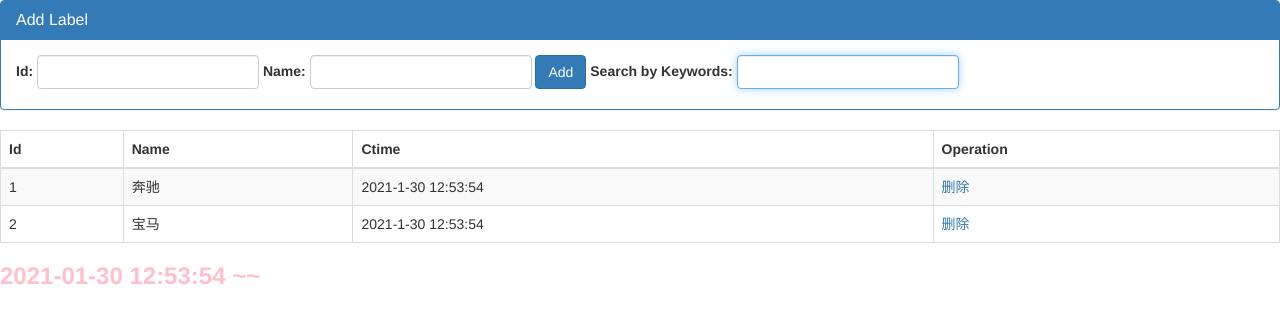
Repository: Devonzhang/FrontEnd
Page: VueStudyDay2/02品牌列表案例2.html
An editor plug-in stored every save of this project. The page is shown before and after the next save, followed by the edit.
The browser window is 1280 px wide. The pictures show the whole page.

Above is the page before, as saved 2021-02-01 13:45:22.

After the next save:
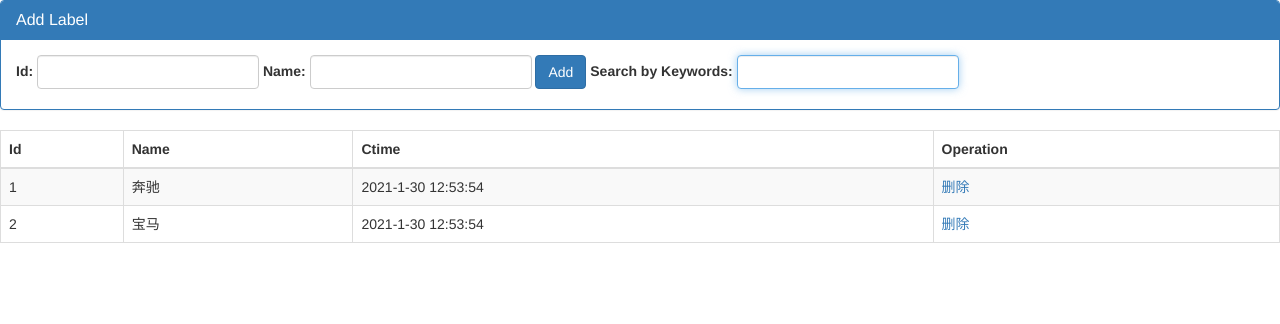
Saved 3 min 42 s later.
--- a/VueStudyDay2/02品牌列表案例2.html
+++ b/VueStudyDay2/02品牌列表案例2.html
@@ -60,7 +60,7 @@
 
 
     <div id="app2">
-        <h3 v-fontweight="900" v-color="'pink'">
+        <h3 v-fontweight="900" v-color="'pink'" v-fontsize="'30px">
             {{dt | dateFormat}}
         </h3>
 
@@ -246,10 +246,15 @@
                 },
 
                 directives: { //自定义私有指令
-                    'fontweight': {
+                    'fontweight': { //设置字体粗细
                         bind: function(el, binding) {
                             el.style.fontWeight = binding.value
                         }
+                    },
+                    //设置字体大小
+                    'fontsize': function(el, binding) { //注意 这个function等于把代码写入bind和update中去
+                        el.style.fontSize = binding.value
+
                     }
 
                 }
